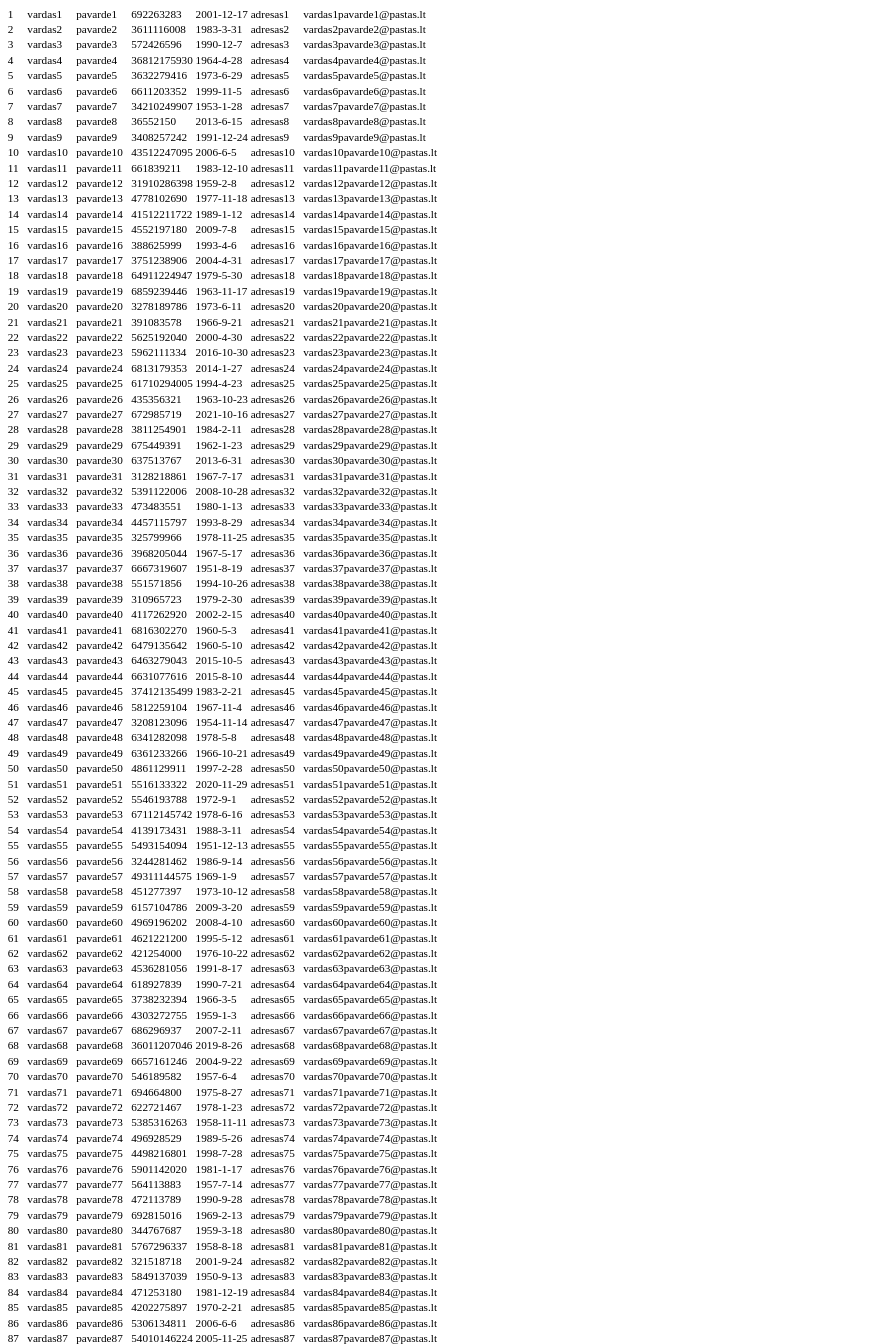
Repository: motiejus1/09-paskaita-PHP-05.31
Page: http://localhost/index.php
The author's editor kept a copy of each file at every save. The page is drawn from the files as they stood at one save, then again after the next save.
The browser window is 1280 px wide. The pictures show the part of the page from y = 0 to 1920 px (the page is 4418 px tall before and 720 px after), at 70% of full size.
The page is run by PHP 8.4 with error messages shown; the project is at /var/www/html/.

Above is the page before, as saved 2021-08-02 18:49:28.

After the next save:
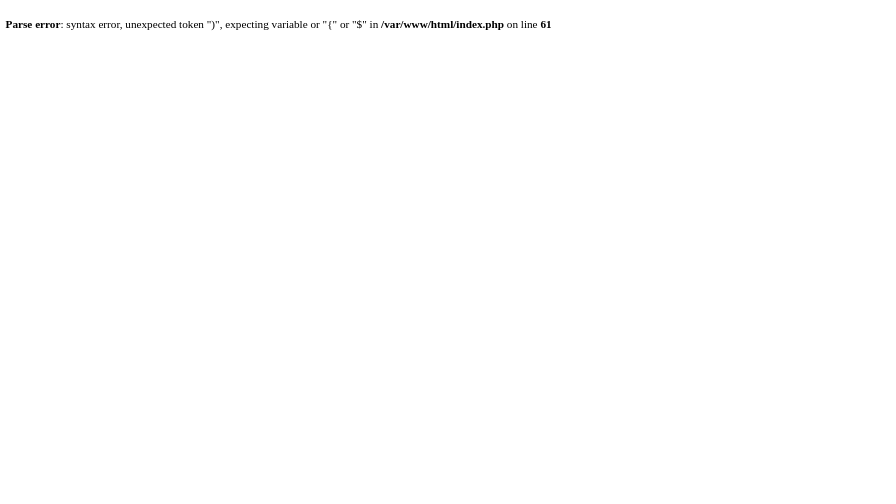
Saved 118 s later.
--- a/index.php
+++ b/index.php
@@ -58,7 +58,7 @@
 //Isvedineja lentyneles - eilute 200 eiluciu
     echo "<tr>";
     //isvesti stulpelius?
-    foreach($eilute as $stulpelis) { // 7 stulpeliai
+    foreach($eilute as $) { // 7 stulpeliai
         echo "<td>";
         echo $stulpelis;
         echo "</td>";

After the save that followed:
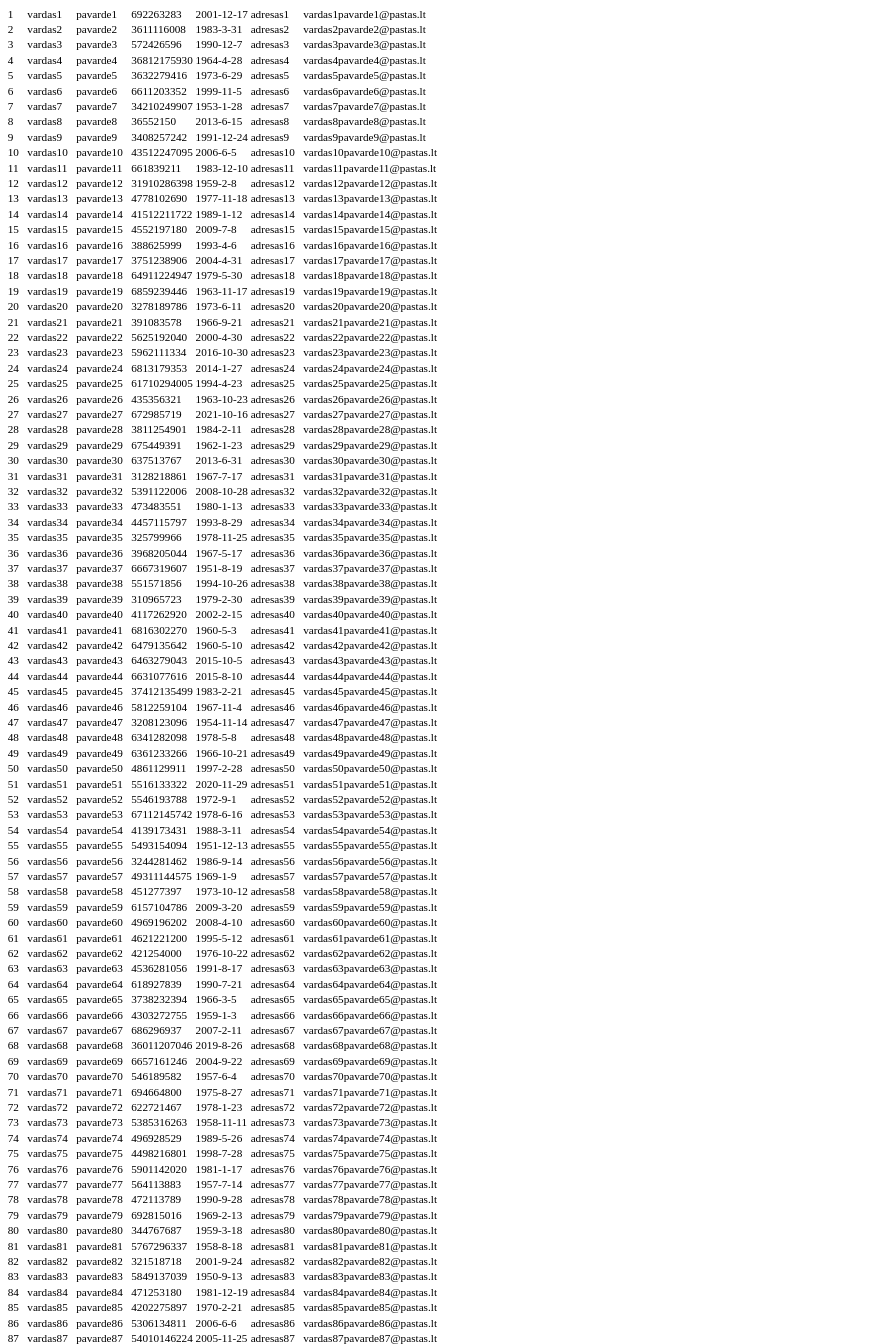
Saved 6 s later.
--- a/index.php
+++ b/index.php
@@ -58,7 +58,7 @@
 //Isvedineja lentyneles - eilute 200 eiluciu
     echo "<tr>";
     //isvesti stulpelius?
-    foreach($eilute as $) { // 7 stulpeliai
+    foreach($eilute as $stulpelis) { // 7 stulpeliai
         echo "<td>";
         echo $stulpelis;
         echo "</td>";
